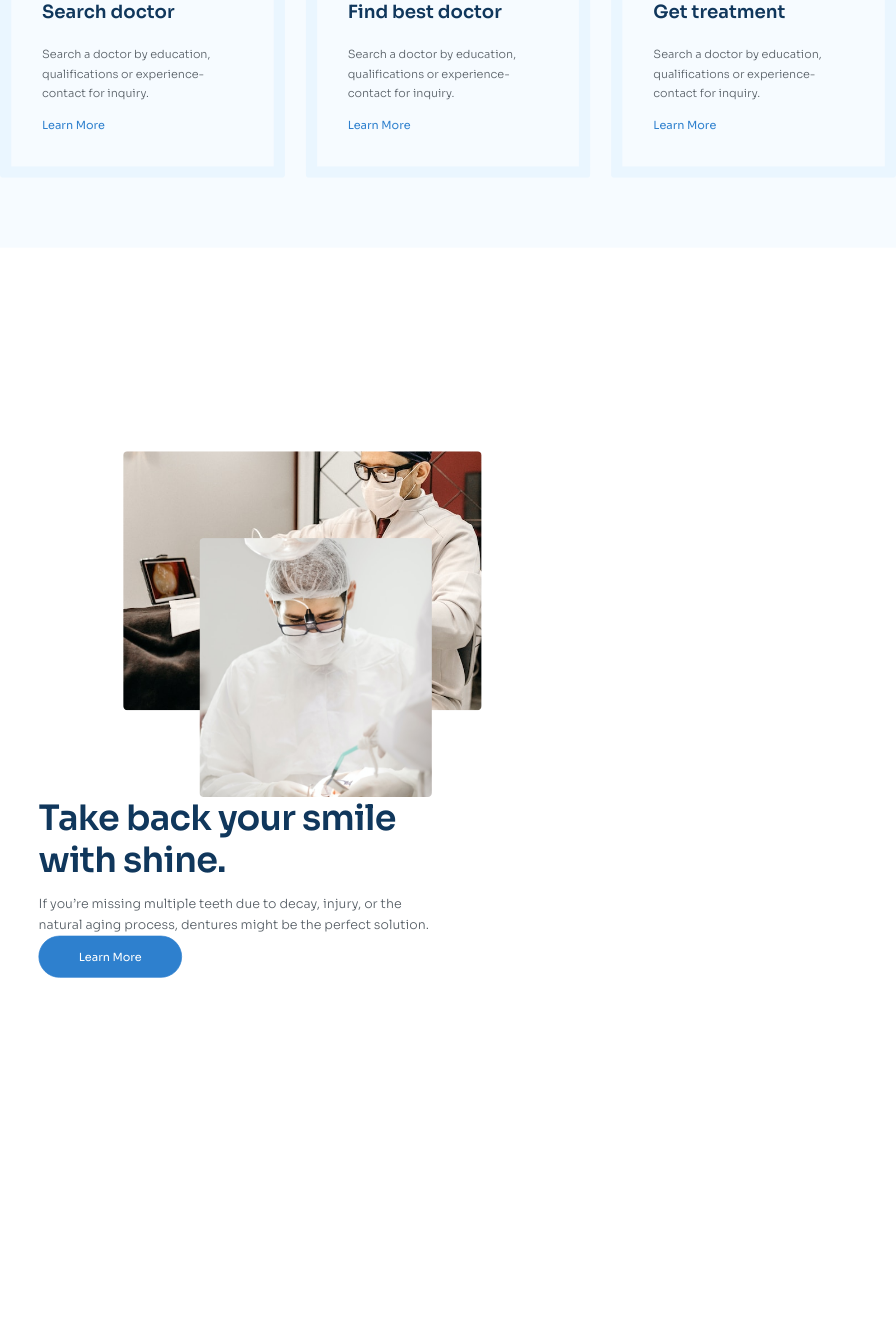
Repository: dongnguyen2112/htmlcss-project-03
Page: index.html
An editor plug-in stored every save of this project. The page is shown before and after a run of saves, followed by the edit.
The browser window is 1280 px wide. The pictures show the part of the page from y = 2304 to 4224 px (the page is 5720 px tall), at 70% of full size.

Above is the page before, as saved 2023-08-02 20:50:59.

After the next 2 saves:
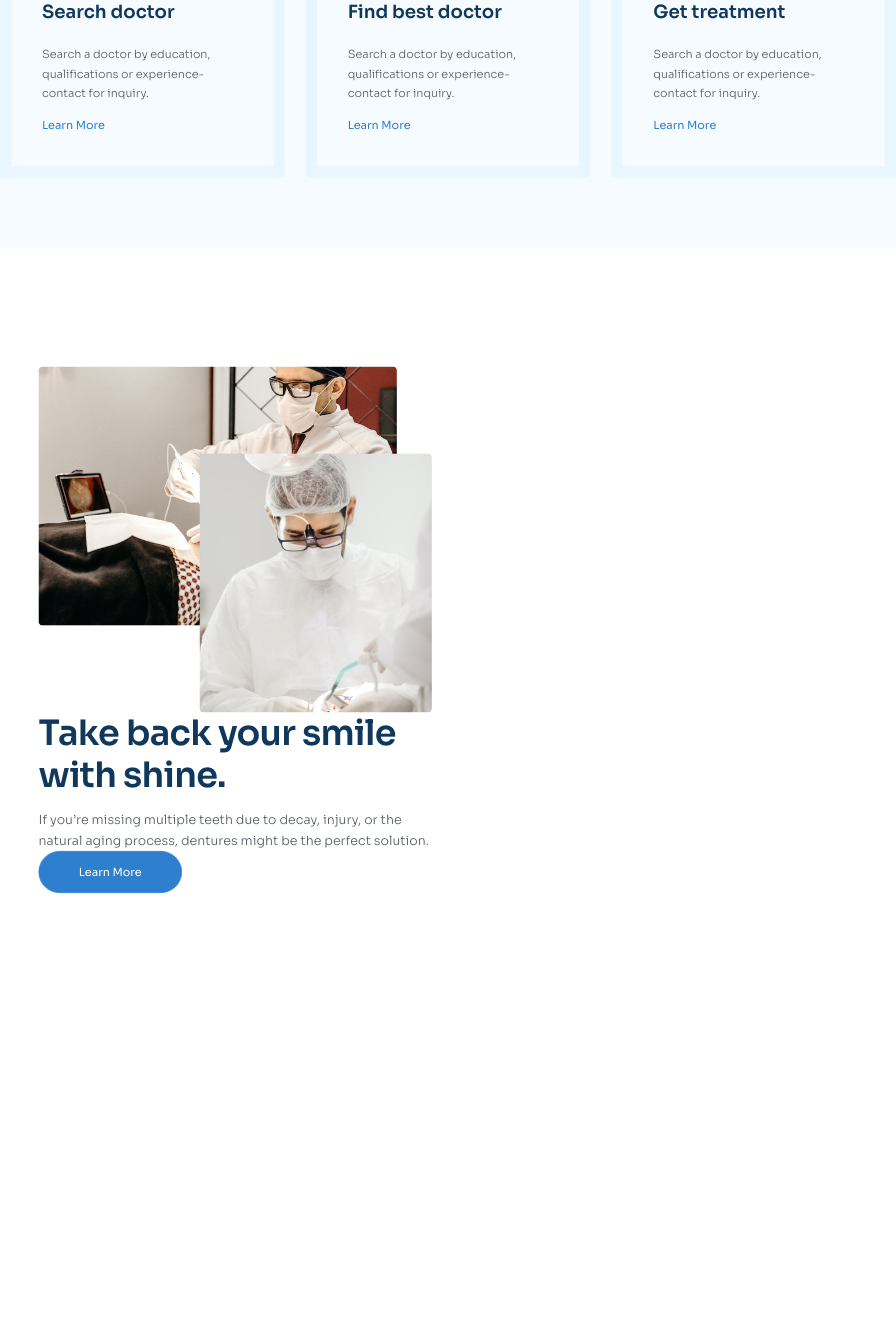
The 2 saves are shown as one change because they came seconds apart.
The last was saved 2 min 37 s later.
--- a/assets/css/styles.css
+++ b/assets/css/styles.css
@@ -334,7 +334,7 @@ a {
 }
 .feature__images {
     position: relative;
-    padding: 121px;
+    padding-bottom: 121px;
 }
 .feature__img {
     width: 512px;
